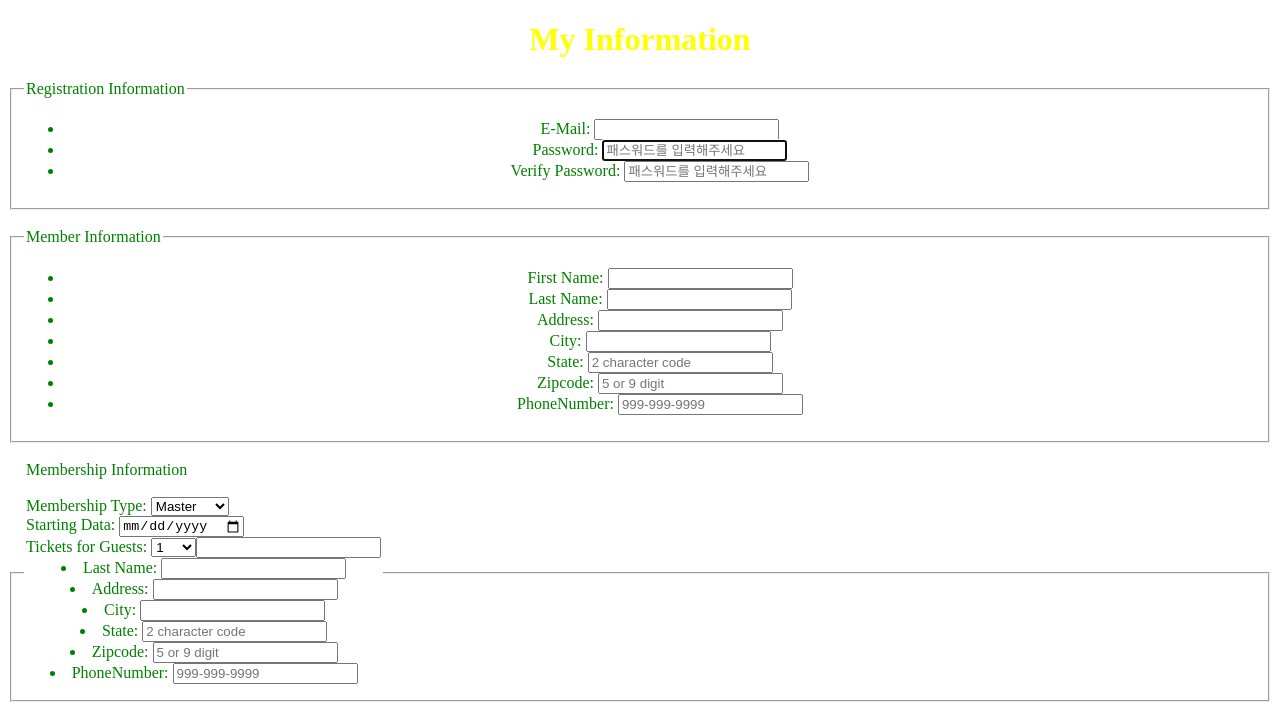
Repository: hyungju2/SSAFY_JavaPractice
Page: 20190211_HTML/web_java/HTMLProject/WebContent/html/hwfront01_서울_6반_이형주.html
An editor plug-in stored every save of this project. The page is shown before and after the next save, followed by the edit.
The browser window is 1280 px wide. The pictures show the whole page.

Above is the page before, as saved 2019-02-11 09:07:58.

### 20190211_HTML/web_java/HTMLProject/WebContent/html/hwfront01_서울_6반_이형주.html
<!DOCTYPE html>
<html>
<head>
<meta charset="EUC-KR">
<title>Become a Reamember</title>
</head>
<body>
	<p align="center">
		<font color="yellow">
			<h1 align="center">My Information</h1>
		</font>
	<fieldset>
		<legend>
			<font color="green">Registration Information
		</legend>
		<!-- Field set안에서 사용되며, 내용을 설명해줌. -->
		<ul>
			<li align="center"><label for="name">E-Mail:</label> <input
				type="text" , id="id"></li>
			<li align="center"><label for="password">Password:</label> <input
				type="password" , id="password" autofocus required="required"
				placeholder="패스워드를 입력해주세요"></li>
			<li align="center"><label for="password">Verify
					Password:</label> <input type="password" , id="password" autofocus
				required="required" placeholder="패스워드를 입력해주세요"></li>
		</ul>
	</fieldset>

	<br>
	<fieldset>
		<legend>
			<font color="green">Member Information
		</legend>
		<!-- Field set안에서 사용되며, 내용을 설명해줌. -->
		<ul>
			<li align="center"><label for="firstname">First Name:</label> <input
				type="text" , id="id"></li>
			<li align="center"><label for="Lastname">Last Name:</label> <input
				type="password" , id="password"></li>
			<li align="center"><label for="address">Address:</label> <input
				type="text" , address="address"></li>
			<li align="center"><label for="City">City:</label> <input
				type="text" , city="city"></li>

			<li align="center"><label for="State">State:</label> <input
				type="text" , state="state" autofocus required="required"
				placeholder="2 character code"></li>
			<li align="center"><label for="State">Zipcode:</label> <input
				type="text" , Zipcode="Zipcode" autofocus required="required"
				placeholder="5 or 9 digit"></li>
			<li align="center"><label for="PhoneNumber">PhoneNumber:</label>
				<input type="text" , PhoneNumber="PhoneNumber" autofocus
				required="required" placeholder="999-999-9999"></li>
		</ul>
	</fieldset>
	<br>
	<fieldset>
		<legend>
			<font color="green">Membership Information <br> <br>
				Membership Type: <select> name="position">
					<optgroup label="position">
						<option value="1">Master</option>
						<option value="2">Senior</option>
						<option value="3">Junior</option>
					</optgroup>
			</select> <br> <label for="firstname">Starting Data:</label> <input
				type="date" , id="id"> <br>
				Tickets for Guests: <select> name="amount">
					<optgroup label="amount">
						<option value="1">1</option>
						<option value="2">2</option>
						<option value="3">3</option>
					</optgroup>
		</legend>
	</fieldset>
	<br>
	<fieldset>
		<legend>
			<font color="green">Member Information
		</legend>
		<!-- Field set안에서 사용되며, 내용을 설명해줌. -->
		<ul>
			<li align="center"><label for="firstname">First Name:</label> <input
				type="text" , id="id"></li>
			<li align="center"><label for="Lastname">Last Name:</label> <input
				type="password" , id="password"></li>
			<li align="center"><label for="address">Address:</label> <input
				type="text" , address="address"></li>
			<li align="center"><label for="City">City:</label> <input
				type="text" , city="city"></li>

			<li align="center"><label for="State">State:</label> <input
				type="text" , state="state" autofocus required="required"
				placeholder="2 character code"></li>
			<li align="center"><label for="State">Zipcode:</label> <input
				type="text" , Zipcode="Zipcode" autofocus required="required"
				placeholder="5 or 9 digit"></li>
			<li align="center"><label for="PhoneNumber">PhoneNumber:</label>
				<input type="text" , PhoneNumber="PhoneNumber" autofocus
				required="required" placeholder="999-999-9999"></li>
		</ul>
	</fieldset>
</body>
</html>

After the next save:
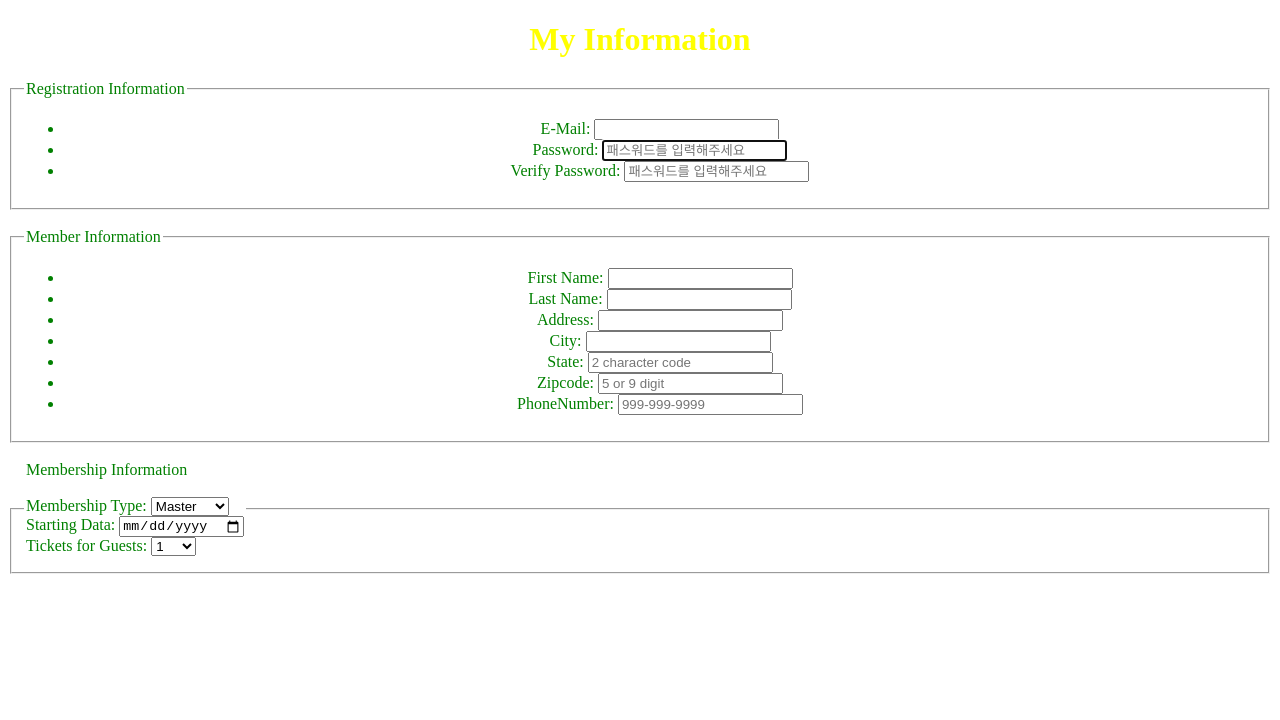
Saved 7 s later.
--- a/20190211_HTML/web_java/HTMLProject/WebContent/html/hwfront01_서울_6반_이형주.html
+++ b/20190211_HTML/web_java/HTMLProject/WebContent/html/hwfront01_서울_6반_이형주.html
@@ -74,31 +74,6 @@
 		</legend>
 	</fieldset>
 	<br>
-	<fieldset>
-		<legend>
-			<font color="green">Member Information
-		</legend>
-		<!-- Field set안에서 사용되며, 내용을 설명해줌. -->
-		<ul>
-			<li align="center"><label for="firstname">First Name:</label> <input
-				type="text" , id="id"></li>
-			<li align="center"><label for="Lastname">Last Name:</label> <input
-				type="password" , id="password"></li>
-			<li align="center"><label for="address">Address:</label> <input
-				type="text" , address="address"></li>
-			<li align="center"><label for="City">City:</label> <input
-				type="text" , city="city"></li>
 
-			<li align="center"><label for="State">State:</label> <input
-				type="text" , state="state" autofocus required="required"
-				placeholder="2 character code"></li>
-			<li align="center"><label for="State">Zipcode:</label> <input
-				type="text" , Zipcode="Zipcode" autofocus required="required"
-				placeholder="5 or 9 digit"></li>
-			<li align="center"><label for="PhoneNumber">PhoneNumber:</label>
-				<input type="text" , PhoneNumber="PhoneNumber" autofocus
-				required="required" placeholder="999-999-9999"></li>
-		</ul>
-	</fieldset>
 </body>
 </html>
